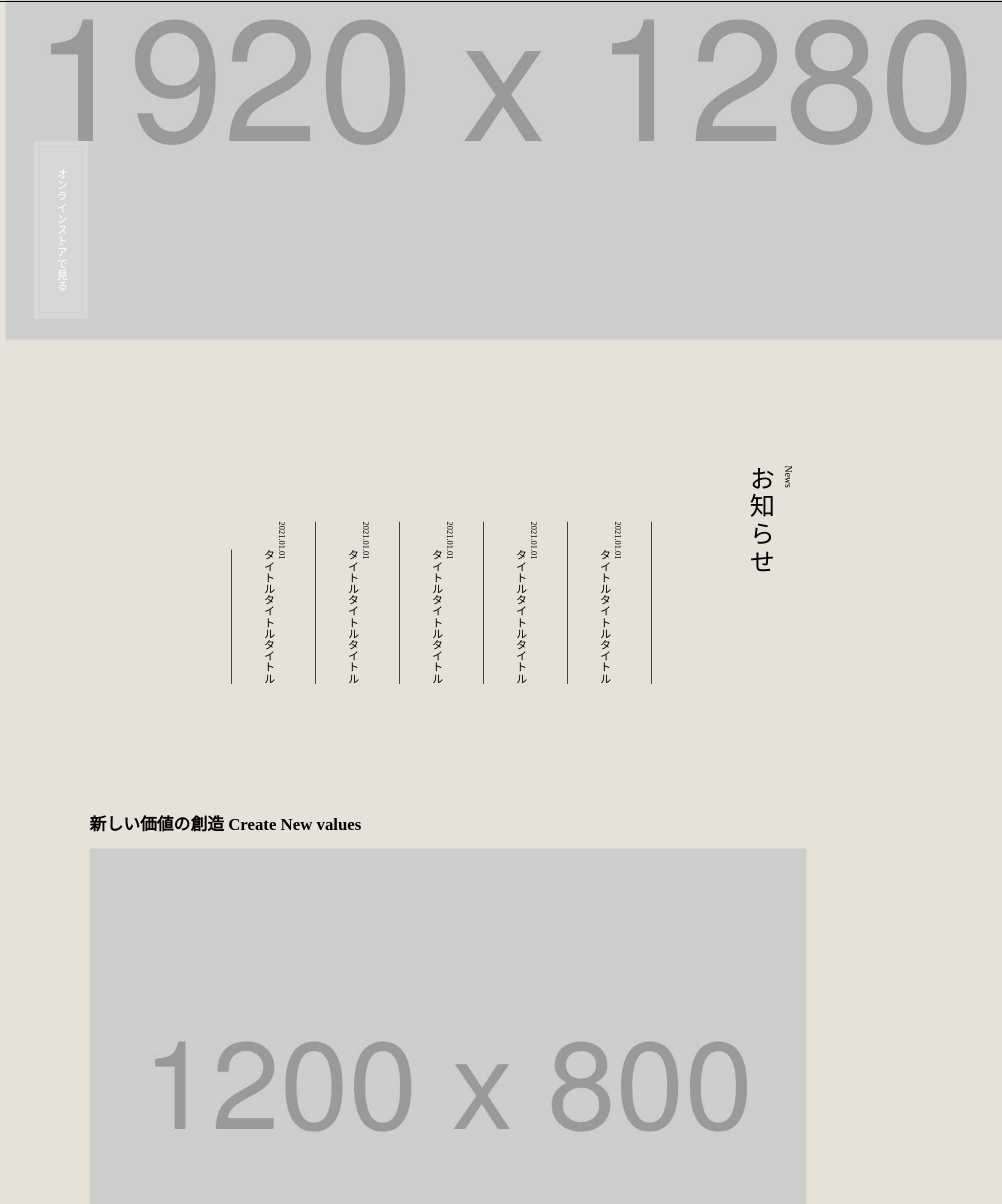
Repository: Fuki-san/wagashi
Page: http://localhost/wagashi
The author's editor kept a copy of each file at every save. The page is drawn from the files as they stood at one save, then again after a run of saves.
The browser window is 1280 px wide. The page is 1432 px wide, so the pictures cover 1432 px, including what lies to the right of the window. The pictures show the part of the page from y = 363 to 2083 px (the page is 3955 px tall), at 70% of full size.
The page is served by the project's Laravel application, run on PHP 8.4 with Laravel 10.

Above is the page before, as saved 2023-12-09 15:47:18.

After the next 2 saves:
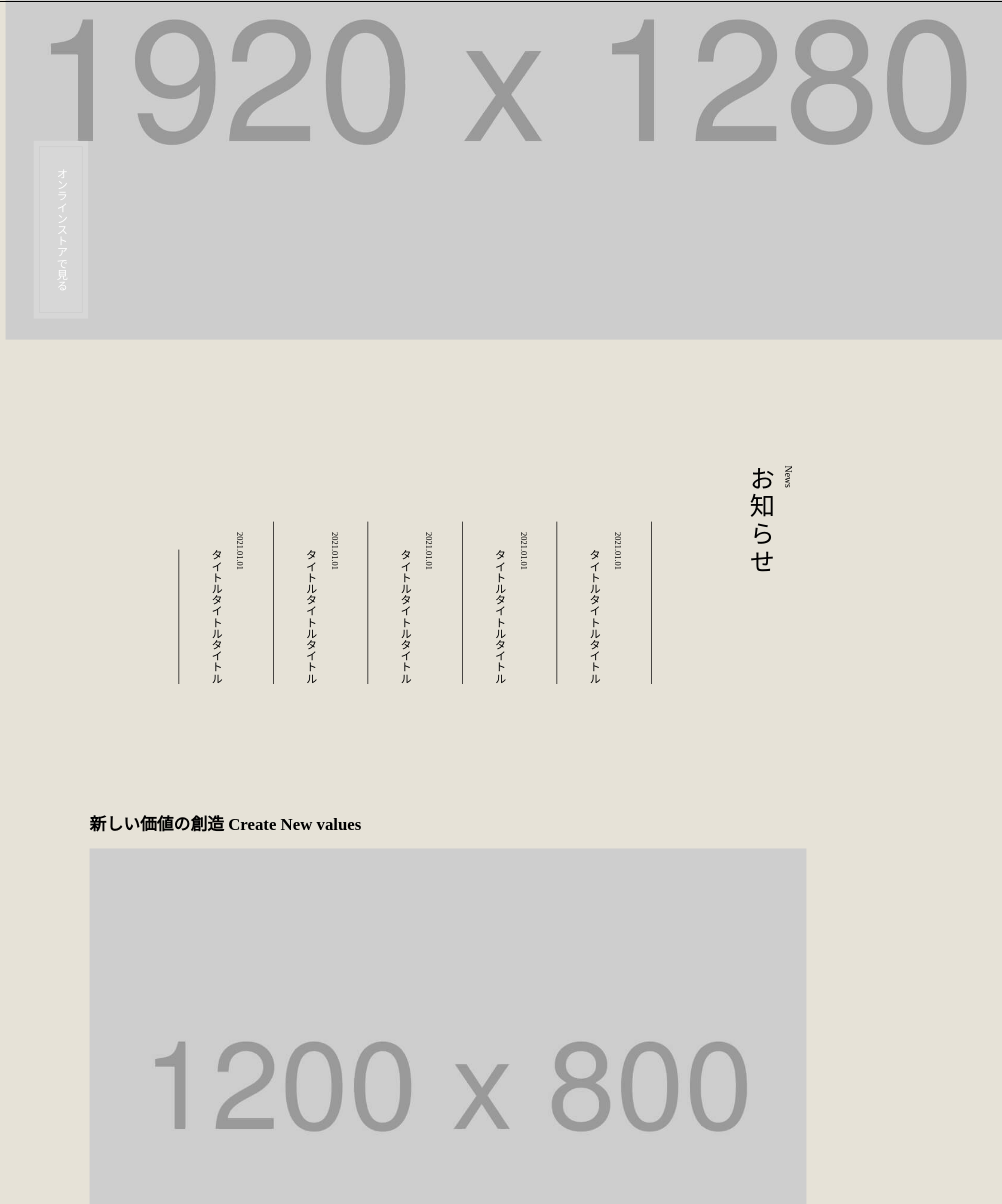
The 2 saves are shown as one change because they came seconds apart.
The last was saved 8 s later.
--- a/public/css/style.css
+++ b/public/css/style.css
@@ -112,7 +112,7 @@
 #news .list dt{
     border-right: solid 1px #000;
     font-size: 0.75rem;
-    padding: ;
+    padding: 15px;
 }
 #news .list dd{
     padding-left: 40px;

After the save that followed:
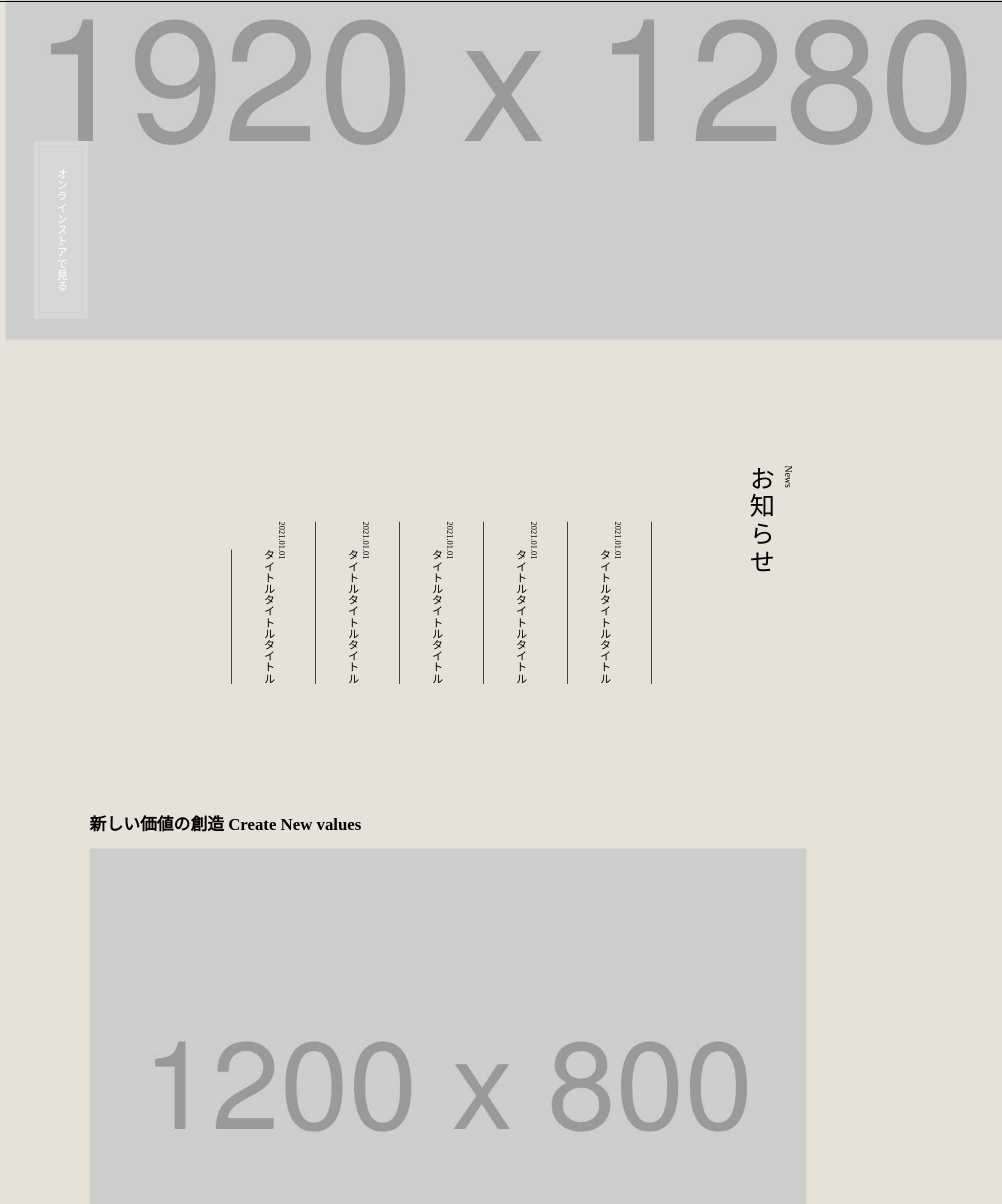
Saved 13 s later.
--- a/public/css/style.css
+++ b/public/css/style.css
@@ -112,7 +112,7 @@
 #news .list dt{
     border-right: solid 1px #000;
     font-size: 0.75rem;
-    padding: 15px;
+    padding: ;
 }
 #news .list dd{
     padding-left: 40px;
